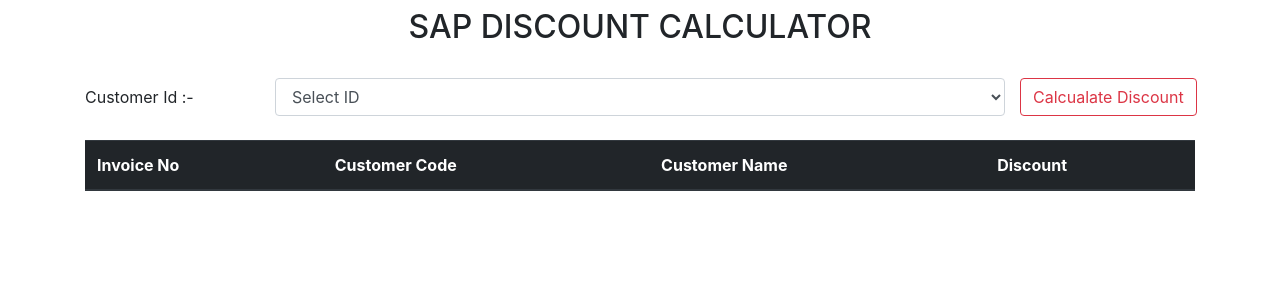
Repository: Binura-Thiranjaya/Java-Web-Discount-Calculator
Page: http://localhost/Discount/
An editor plug-in stored every save of this project. The page is shown before and after the next save, followed by the edit.
The browser window is 1280 px wide. The pictures show the whole page.
Some web libraries are served in a nearby version. The page is served by Tomcat 10. Queries for data that is not in the repository find no rows.

Above is the page before, as saved 2022-10-10 22:15:16.

After the next save:
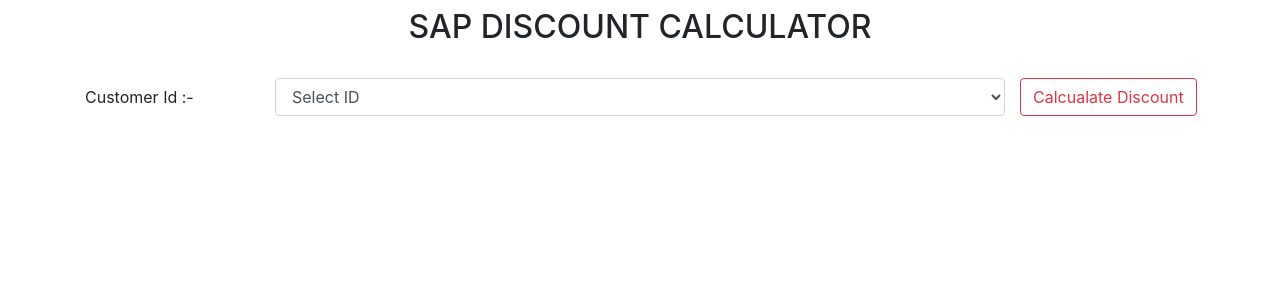
Saved 32 s later.
--- a/Discount/src/main/webapp/index.jsp
+++ b/Discount/src/main/webapp/index.jsp
@@ -40,32 +40,7 @@
 					Discount</button>
 			</div>
 		</form>
-		<table class="table table-striped">
-			<thead class="thead-dark">
-				<tr>
-					<th scope="col">Invoice No</th>
-					<th scope="col">Customer Code</th>
-					<th scope="col">Customer Name</th>
-					<th scope="col">Discount</th>
-				</tr>
-			</thead>
-			<tbody>
-			<%--	<%
-				ResultSet rs1 = DbConnection.search("SELECT i.inv_number,i.customer_code,c.customer_name, DateDiff(invoice_setoff_date,invoice_date) AS DayOfMonth ,d.material FROM invoice i INNER JOIN invoice_detail d ON i.inv_number = d.invoice_number INNER JOIN customers c ON i.customer_code = c.customer_code GROUP BY d.invoice_number");
-				while (rs1.next()) {
-				%>
-				<tr>
-					<td><%="" + Integer.parseInt(rs1.getString("inv_number"))%></td>
-					<td><%="" + Integer.parseInt(rs1.getString("i.customer_code"))%></td>
-					<td><%=rs1.getString("c.customer_name") %></td>
 
-				</tr>
-				<%}%> --%>
-
-
-
-			</tbody>
-		</table>
 	</div>
 	<!-- Bootstrap Js -->
 	<script src="https://code.jquery.com/jquery-3.2.1.slim.min.js"
